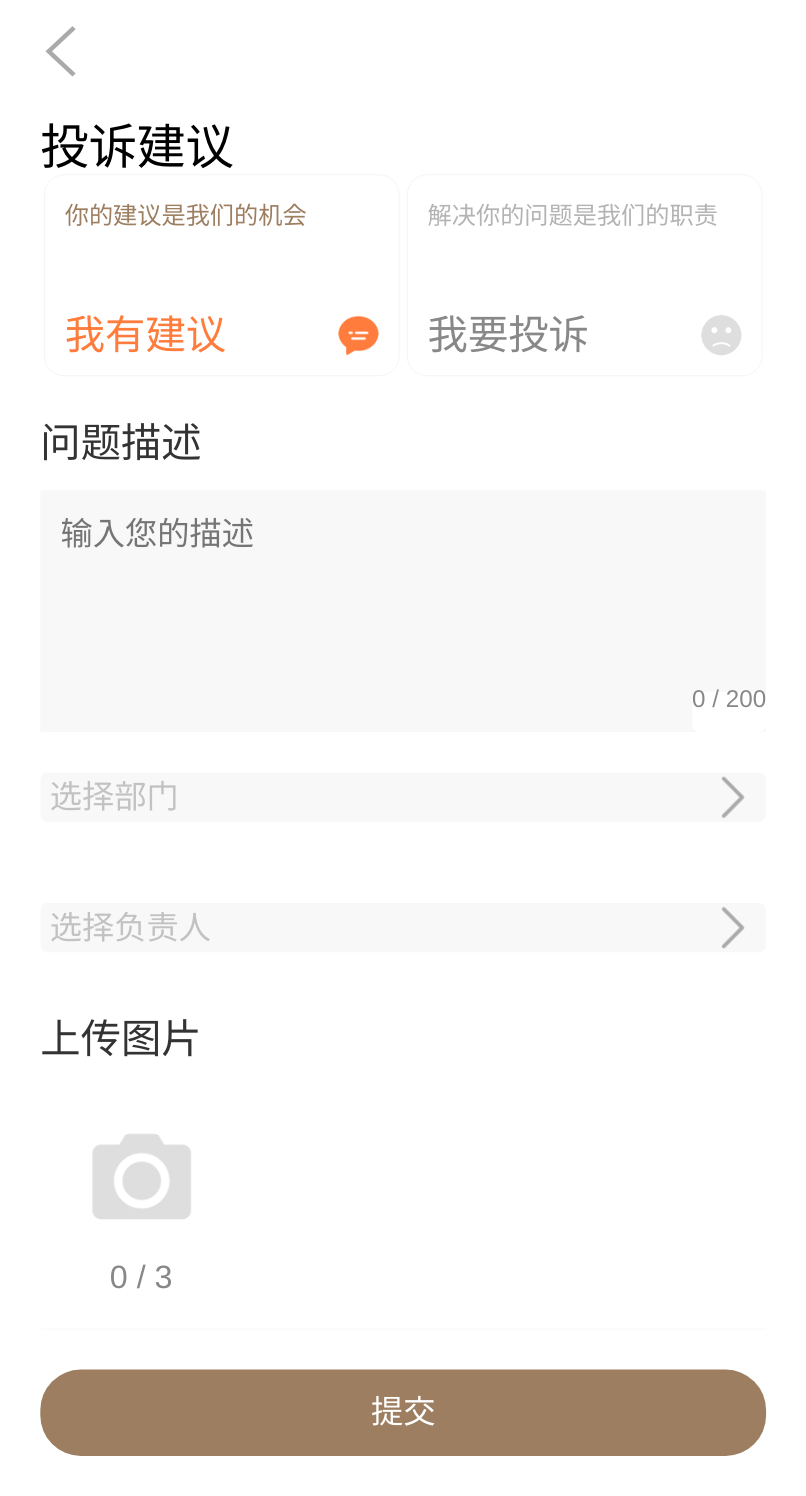
Repository: missing-star/rockBridge
Page: complaint.html
An editor plug-in stored every save of this project. The page is shown before and after a run of saves, followed by the edit.
The browser window is 1280 px wide. The pictures show the whole page, at 63% of full size.
The page's requests for data from a server got no answer.

Above is the page before, as saved 2019-04-19 12:03:33.

After the next 2 saves:
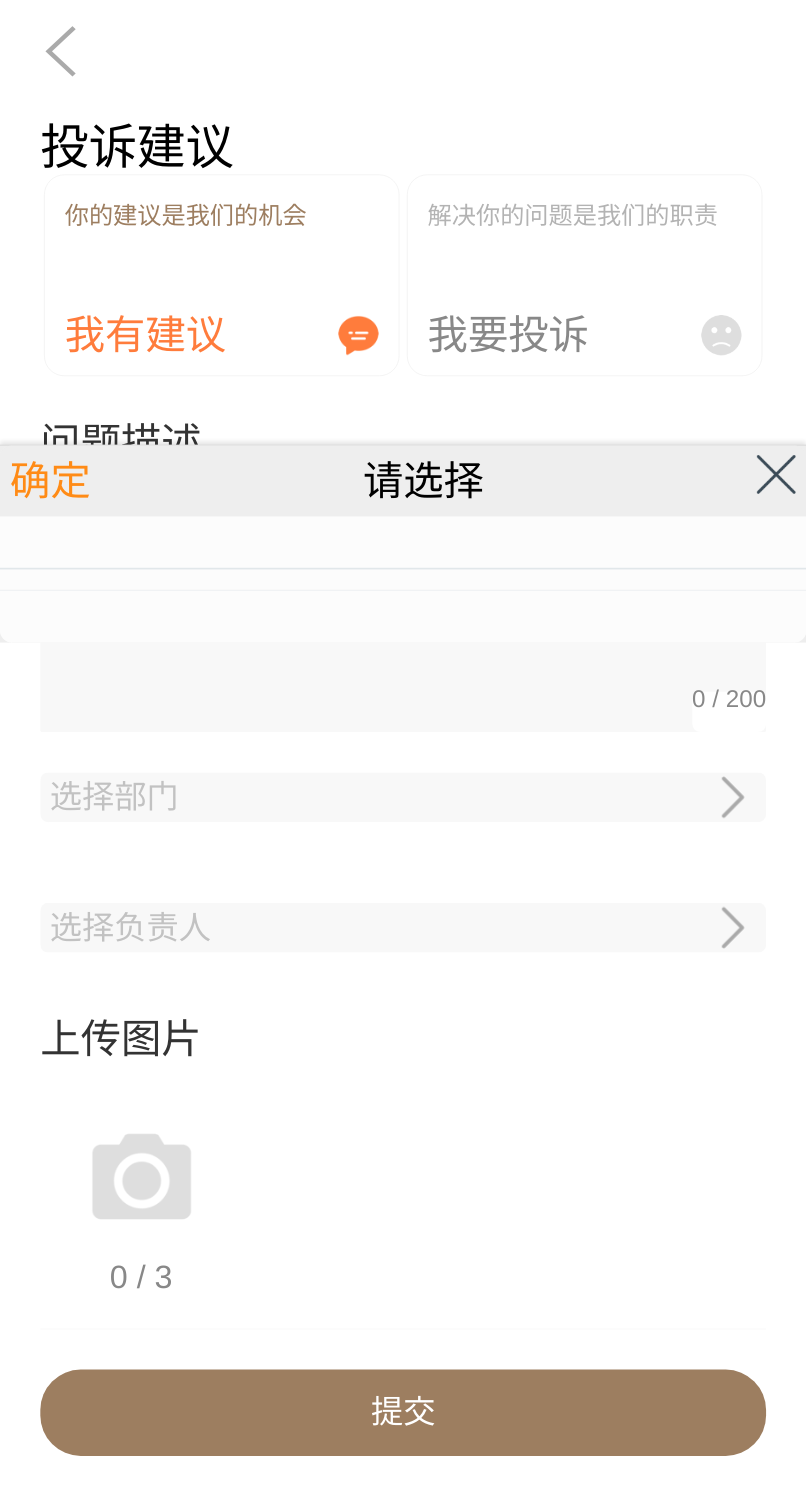
Console error: TypeError: Cannot read properties of undefined (reading 'map')
The 2 saves are shown as one change because they came seconds apart.
The last was saved 8 s later.
--- a/js/complaint.js
+++ b/js/complaint.js
@@ -147,3 +147,5 @@ function getSectionList() {
         }
     })
 }
+
+initPicker('')
